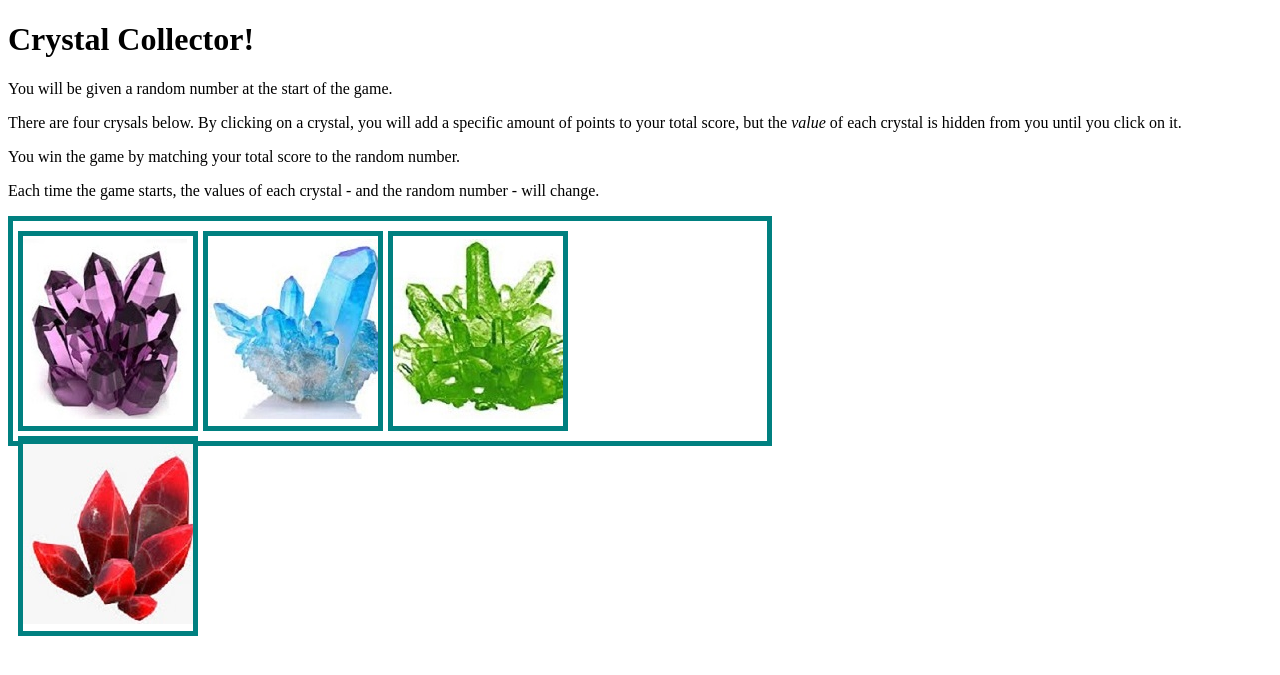
Repository: dsaftler/unit-4-game
Page: index.html
An editor plug-in stored every save of this project. The page is shown before and after the next save, followed by the edit.
The browser window is 1280 px wide. The pictures show the whole page.

Above is the page before, as saved 2019-04-01 19:05:03.

### index.html
<!DOCTYPE html>
<html lang="en">
<head>
  <meta charset="UTF-8">
  <meta name="viewport" content="width=device-width, initial-scale=1.0">
  <meta http-equiv="X-UA-Compatible" content="ie=edge">
  <link rel="stylesheet" href="assets/css/reset.css">
  <link rel="stylesheet" href="assets/css/style.css">
  <script src="https://ajax.googleapis.com/ajax/libs/jquery/3.3.1/jquery.min.js"></script>


  <title>Puzzle Crystal Collector</title>
</head>
<body>
<h1>Crystal Collector!</h1>
<p>You will be given a random number at the start of the game.</p>
<p>There are four crysals below.  By clicking on a crystal, you will add a specific amount of points to your total score, but the <em>value</em> of each crystal is hidden from you until you click on it.</p>
<p>You win the game by matching your total score to the random number.</p>
<p>Each time the game starts, the values of each crystal - and the random number - will change.</p>

<div class="crystal-set">
  <div class="crystal clearfix" id="crystal_1"><img src="assets/images/crystal_1.jpg"></div>
  <div class="crystal clearfix" id="crystal_2"><img src="assets/images/crystal_2.jpg"></div>
  <div class="crystal clearfix" id="crystal_3"><img src="assets/images/crystal_3.jpg"></div>
  <div class="crystal clearfix" id="crystal_4"><img src="assets/images/crystal_4.jpg"></div>
</div>


</body>
</html>

### assets/css/style.css
* {
  box-sizing: border-box;
}
.body {
background-image: url("assets/images/congruent_pentagon.png")
}
.container{
  background-color: "green"

}
.crystal-set{
  background-color: #ffffff;
  height: 230px;
  width: 764px;
  border:5px solid teal;
  padding: 5px;
  padding-right: 10px;
  align-content: vertical;
}
.crystal{
  display: block;
  align-content: center;
  float: left;
  height: 200px;
  width: 180px;
  margin-right: 5px;
  margin-top: 5px;

  border: teal 5px solid;


}
.clearfix {
  overflow: hidden;
}

Loaded but not shown: assets/css/reset.css (no stored copy; drawn as an empty file)

After the next save:
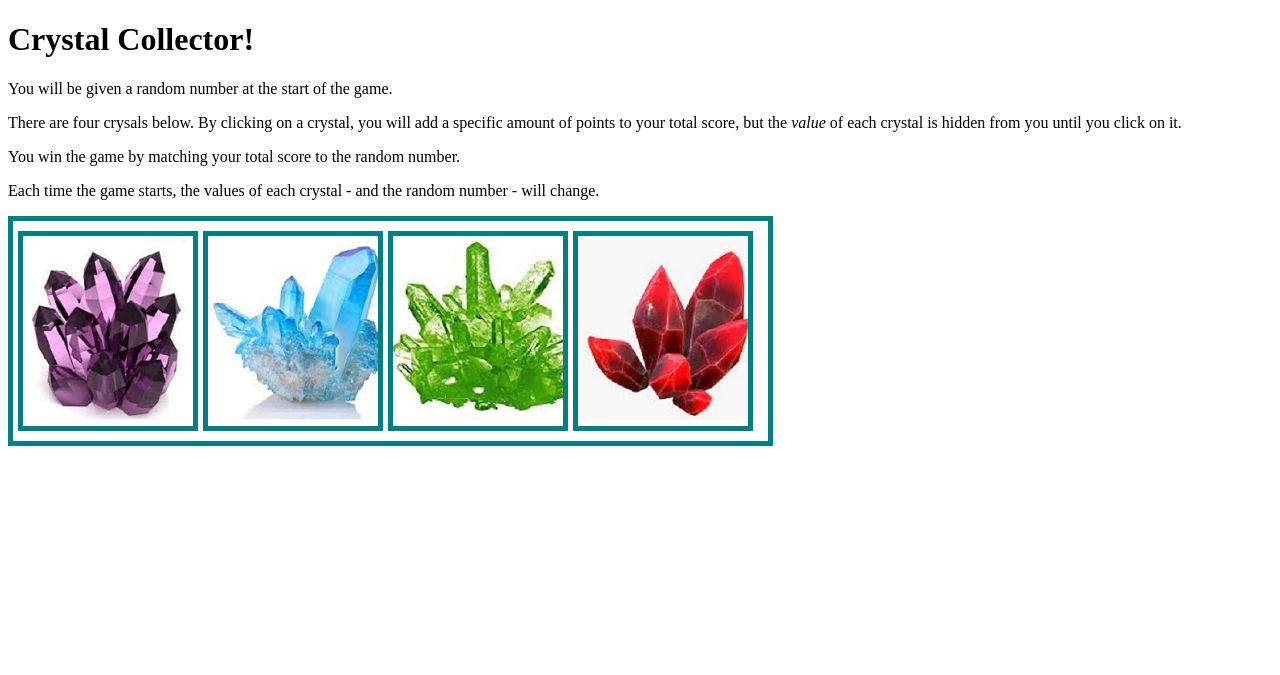
Saved 8 s later.
--- a/assets/css/style.css
+++ b/assets/css/style.css
@@ -11,7 +11,7 @@
 .crystal-set{
   background-color: #ffffff;
   height: 230px;
-  width: 764px;
+  width: 765px;
   border:5px solid teal;
   padding: 5px;
   padding-right: 10px;

After the save that followed:
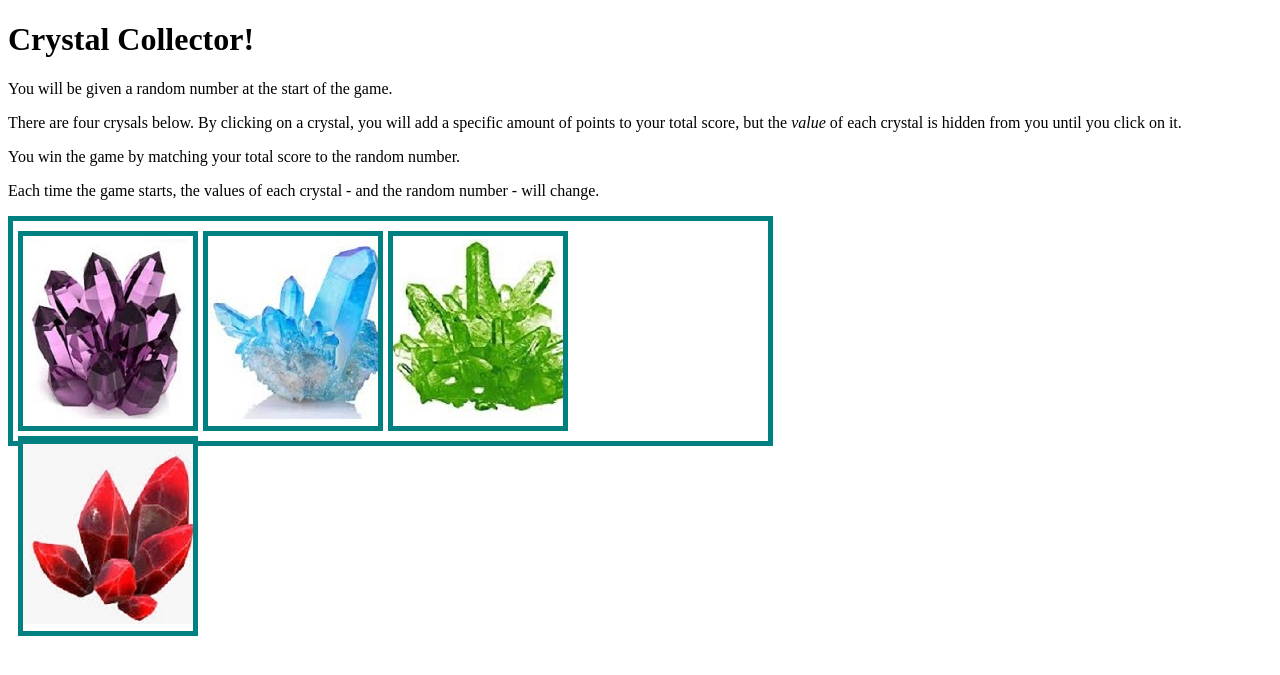
Saved 23 s later.
--- a/assets/css/style.css
+++ b/assets/css/style.css
@@ -14,7 +14,7 @@
   width: 765px;
   border:5px solid teal;
   padding: 5px;
-  padding-right: 10px;
+  padding-right: 12px;
   align-content: vertical;
 }
 .crystal{
